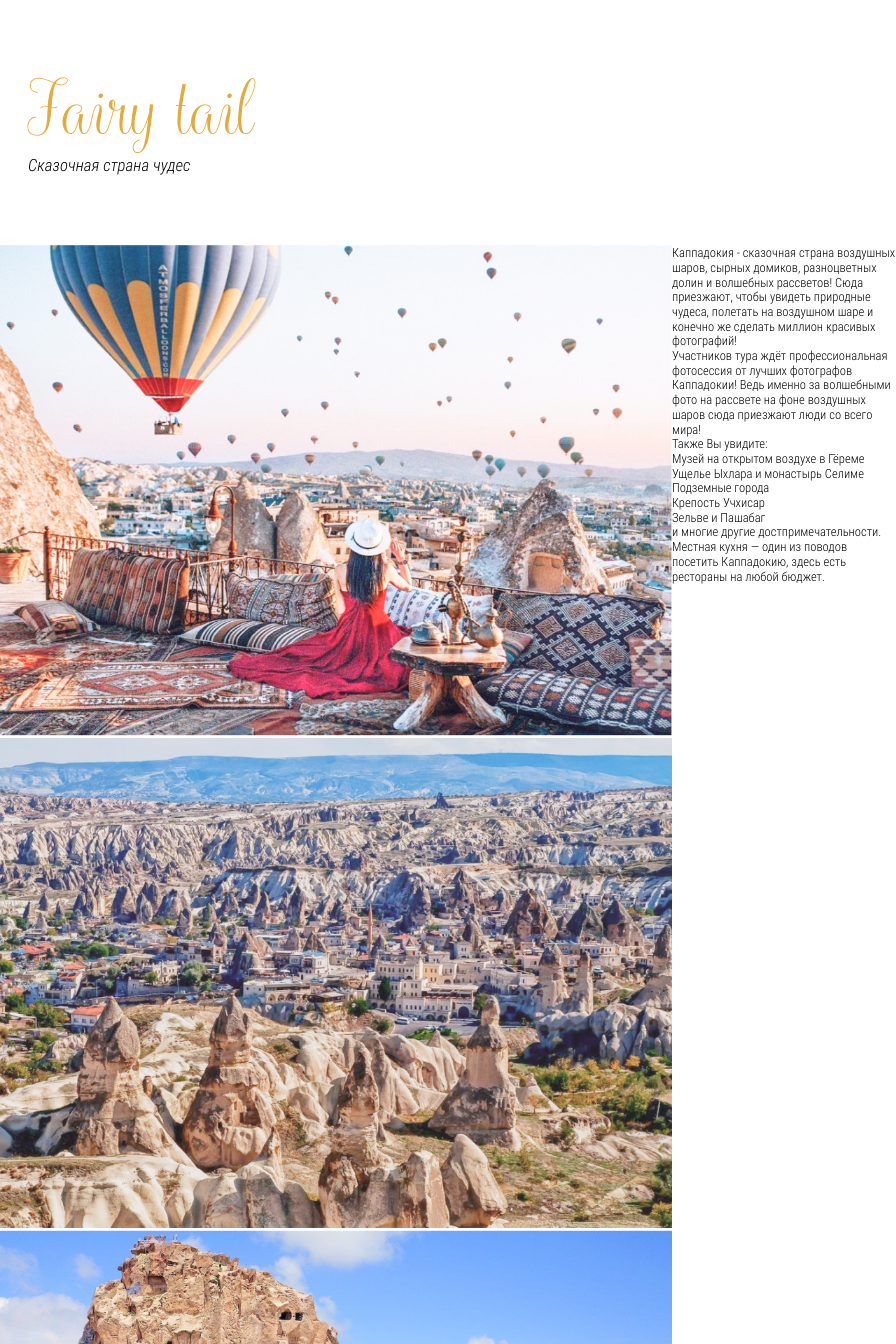
Repository: Lareeman/cappadocia
Page: index.html
The author's editor kept a copy of each file at every save. The page is drawn from the files as they stood at one save, then again after a run of saves.
The browser window is 1280 px wide. The pictures show the part of the page from y = 826 to 2746 px (the page is 3488 px tall before and 3388 px after), at 70% of full size.

Above is the page before, as saved 2024-01-27 12:14:00.

### index.html
<!DOCTYPE html>
<html lang="en">

<head>
  <meta charset="UTF-8">
  <meta name="viewport" content="width=device-width, initial-scale=1.0">
  <meta http-equiv="X-UA-Compatible" content="ie=edge">
  <title>Cappadocia</title>
  <link rel="stylesheet" href="css/reset.css">
  <link rel="stylesheet" href="css/slick.css">
  <link rel="stylesheet" href="css/style.css">
</head>

<body>
  <header class="header">
    <div class="container">
      <div class="header__top">
        <nav class="menu">
          <ul class="menu__list">
            <li class="menu__item"><a class="menu__link" href="#">Маршрут</a></li>
            <li class="menu__item"><a class="menu__link" href="#">Отель</a></li>
            <li class="menu__item"><a class="menu__link" href="#">Стоимость</a></li>
          </ul>
        </nav>
        <a class="header__phone" href="tel:+380665557776">+38(066)555-777-6</a>
      </div>
      <h1 class="header__title">Cappadocia<span>Эксклюзивный тур</span></h1>
    </div>
  </header>
  <section class="fairy page-section">
    <div class="container">
      <h3 class="fairy__title title">Fairy tail
        <span>Сказочная страна чудес</span>
      </h3>
    </div>
    <div class="fairy__inner">
      <div class="fairy__slider">
        <div class="fairy__item"><img src="images/fairy-1.jpg" alt=""></div>
        <div class="fairy__item"><img src="images/fairy-2.jpg" alt=""></div>
        <div class="fairy__item"><img src="images/fairy-3.jpg" alt=""></div>
      </div>
      <div class="fairy__content">
        <div class="fairy__container">
          <div class="fairy__body">
            <p class="fairy__text">
              Каппадокия - сказочная страна воздушных шаров, сырных домиков, разноцветных долин и волшебных рассветов!
              Сюда приезжают, чтобы увидеть природные чудеса, полетать на воздушном шаре и конечно же сделать миллион красивых фотографий!
            </p>
            <p class="fairy__text">
              Участников тура ждёт профессиональная фотосессия от лучших фотографов Каппадокии!
              Ведь именно за волшебными фото на рассвете на фоне воздушных шаров сюда приезжают люди со всего мира!
            </p>
            <div class="fairy__body-title">
              Также Вы увидите:
            </div>
            <ul class="fairy__list">
              <li>Музей на открытом воздухе в Гёреме</li>
              <li>Ущелье Ыхлара и монастырь Селиме</li>
              <li>Подземные города</li>
              <li>Крепость Учхисар</li>
              <li>Зельве и Пашабаг</li>
            </ul>
            <p class="fairy__text">и многие другие достпримечательности.</p>
            <p class="fairy__text">Местная кухня — один из поводов посетить Каппадокию, здесь есть рестораны на любой бюджет.</p>
          </div>
        </div>
      </div>
    </div>
  </section>

  <script src="https://ajax.googleapis.com/ajax/libs/jquery/3.4.1/jquery.min.js"></script>
  <script src="js/slick.min.js"></script>
  <script src="js/main.js"></script>
</body>

</html>

### css/style.css
:root {
  --black: #000;
  --gold: #E2AB3F;
}

@font-face {
  font-family: 'Balqis';
  src: url('../fonts/balqis.woff2');
  src: url('../fonts/balqis.woff2') format('woff2'),
    url('../fonts/balqis.woff') format('woff');

  font-style: normal;
  font-weight: 300;
  font-display: swap;
}

@font-face {
  font-family: 'RobotoCondensed-Light';
  src: url('../fonts/RobotoCondensed-Light.woff2');
  src: url('../fonts/RobotoCondensed-Light.woff2') format('woff2'),
    url('../fonts/RobotoCondensed-Light.woff') format('woff');


  font-style: normal;
  font-weight: 300;
  font-display: swap;
}

@font-face {
  font-family: 'RobotoCondensed-LightItalic';
  src: url('../fonts/RobotoCondensed-LightItalic.woff2');
  src: url('../fonts/RobotoCondensed-LightItalic.woff2') format('woff2'),
    url('../fonts/RobotoCondensed-LightItalic.woff') format('woff');
  font-style: italic;
  font-weight: 300;
  font-display: swap;
}

@font-face {
  font-family: 'RobotoCondensed-Regular';
  src: url('../fonts/RobotoCondensed-Regular.woff2');
  src: url('../fonts/RobotoCondensed-Regular.woff2') format('woff2'),
    url('../fonts/RobotoCondensed-Regular.woff') format('woff');


  font-style: 400;
  font-weight: 300;
  font-display: swap;
}

html {
  box-sizing: border-box;
}

*,
*::before,
*::after {
  box-sizing: inherit;
}

a {
  text-decoration: none;
  color: inherit;
}

ul {
  list-style-type: none;
}

body {
  color: var(--black);
  font-family: 'RobotoCondensed-Light';
  font-size: 18px;
  font-style: normal;
  font-weight: 300;
  line-height: normal;
}

.header {
  background-image: url("../images/header-bg.jpg");
  background-size: cover;
  background-repeat: no-repeat;
  background-position: bottom center;
  min-height: 100vh;
  margin-bottom: 200px;
}

.container {
  max-width: 1230px;
  padding: 0 15px;
  margin: 0 auto;
}

.page-section {
  margin-bottom: 200px;
}

.title {
  color: var(--gold);
  font-family: Balqis;
  font-size: 96px;
  font-weight: 400;
}

.header__top {
  padding: 72px 0;
  display: flex;
  justify-content: space-between;
  align-items: center;
  font-size: 24px;
  font-weight: 400;
  font-family: 'RobotoCondensed-Regular';
}

.menu__list {
  display: flex;
  gap: 0 52px;
}

.menu__link {
  transition: all .6s;
}

.menu__link:hover {
  text-decoration: underline;
  /* border-bottom: 1px solid var(--black); */
}

.header__title {
  text-align: center;
  color: var(--black);
  font-family: "Balqis", serif;
  font-size: 250px;
  font-weight: 400;
}

.header__title span {
  text-align: right;
  margin-top: -6%;
  margin-right: 8%;
  display: block;
  font-family: 'RobotoCondensed-LightItalic';
  font-size: 56px;
  font-style: italic;
  font-weight: 300;
}

.header__phone {
  padding-left: 40px;
  position: relative;
}

.header__phone::before {
  content: "";
  position: absolute;
  width: 30px;
  height: 30px;
  left: 0;
  background-image: url('../images/phone-icon.svg');
}

.fairy {}


.fairy__title {}

.fairy__title span {
  margin-bottom: 100px;
  display: block;
  color: var(--black);
  font-family: 'RobotoCondensed-LightItalic';
  font-size: 24px;
  font-style: italic;
  font-weight: 300;
}



.fairy__inner {
  display: flex;
}

.fairy__slider {}

.fairy__item {}

.fairy__content {}

.fairy__container {}

.fairy__body {}

.fairy__text {}

.fairy__body-title {}

.fairy__list {}

Loaded but not shown: css/reset.css (common file); css/slick.css (common file); js/slick.min.js (library); js/main.js (common file)

After the next 2 saves:
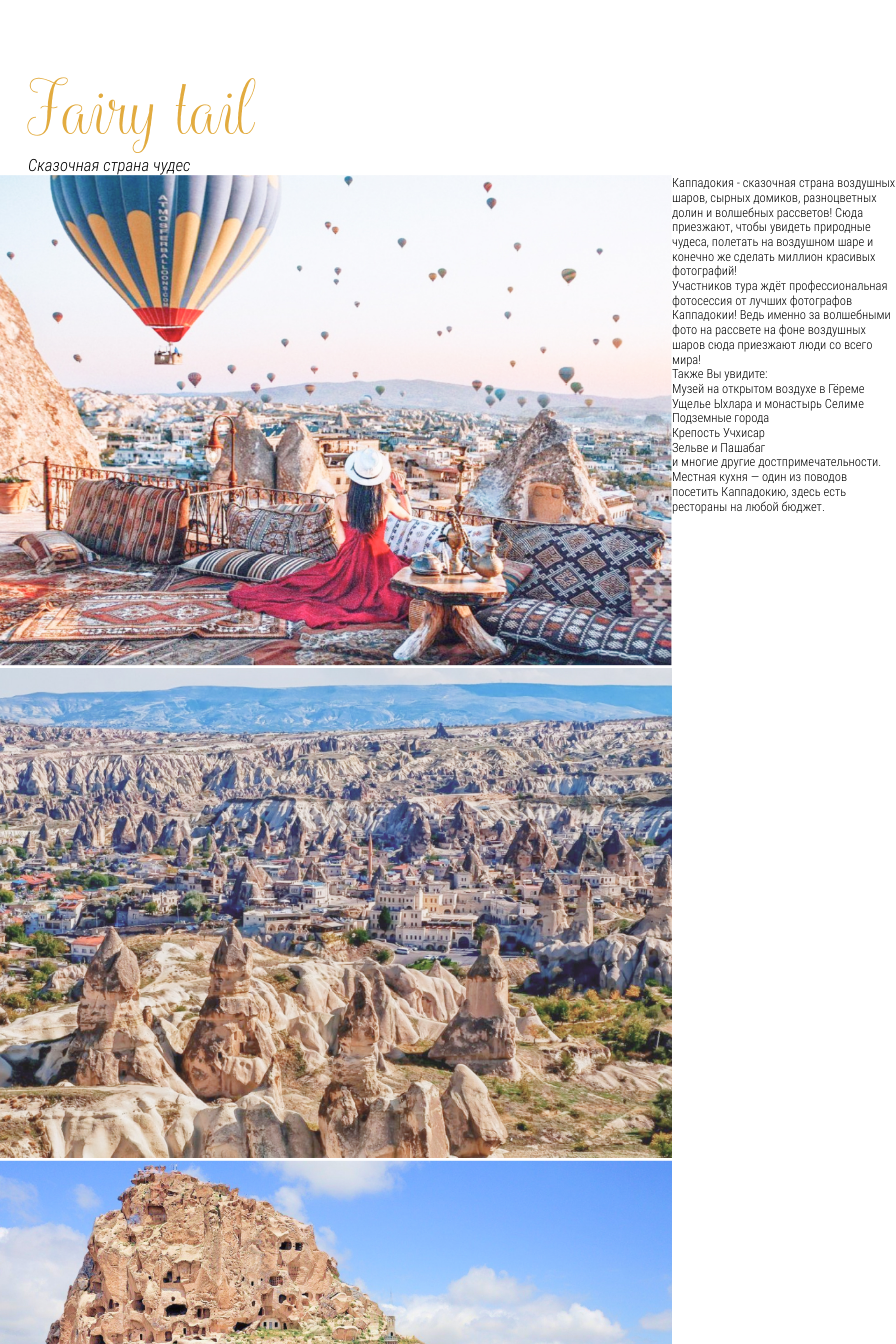
The 2 saves are shown as one change because they came seconds apart.
The last was saved 36 s later.
--- a/css/style.css
+++ b/css/style.css
@@ -165,7 +165,6 @@ body {
 .fairy__title {}
 
 .fairy__title span {
-  margin-bottom: 100px;
   display: block;
   color: var(--black);
   font-family: 'RobotoCondensed-LightItalic';

After the save that followed:
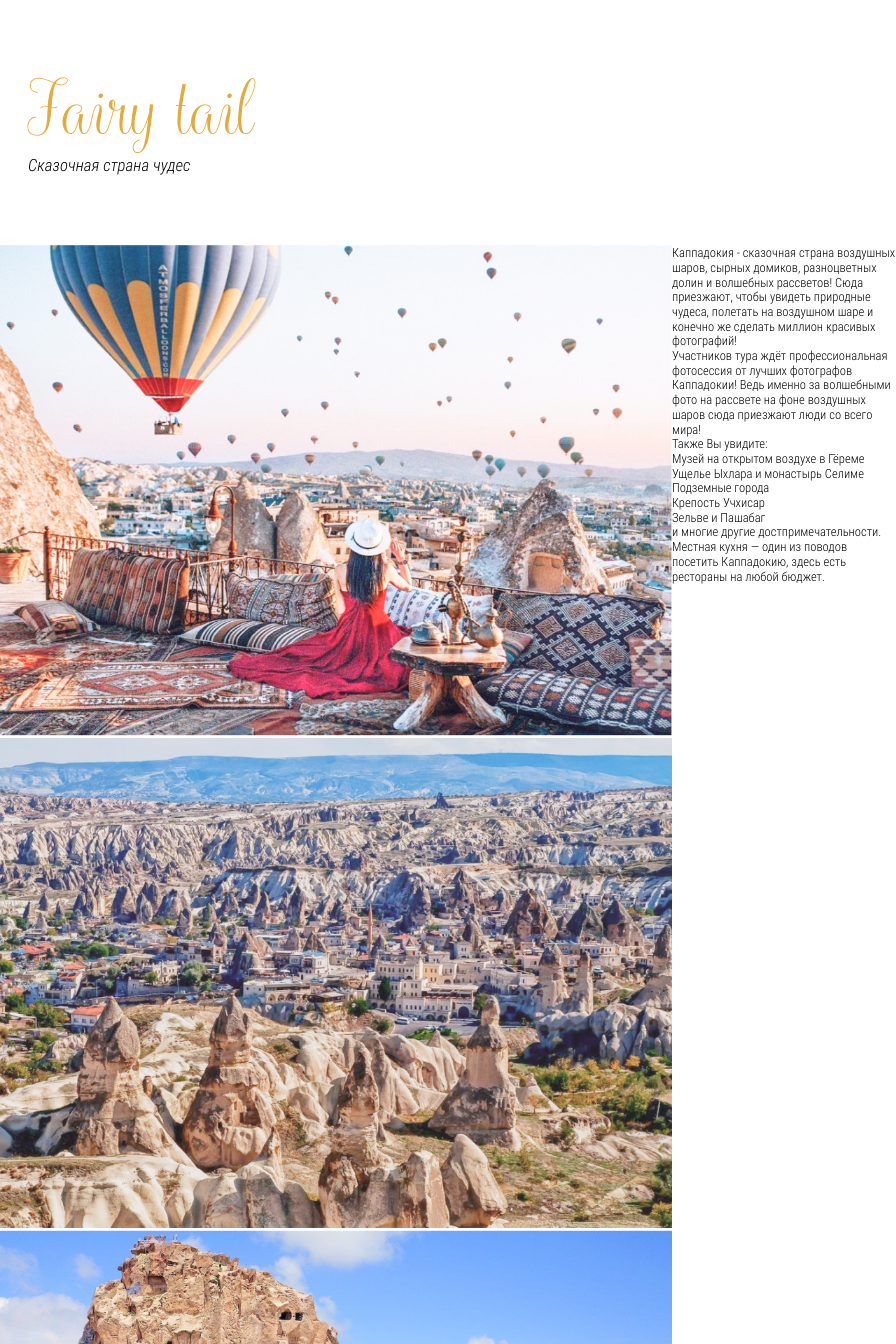
Saved 12 s later.
--- a/css/style.css
+++ b/css/style.css
@@ -100,6 +100,7 @@ body {
   font-family: Balqis;
   font-size: 96px;
   font-weight: 400;
+  margin-bottom: 100px;
 }
 
 .header__top {
